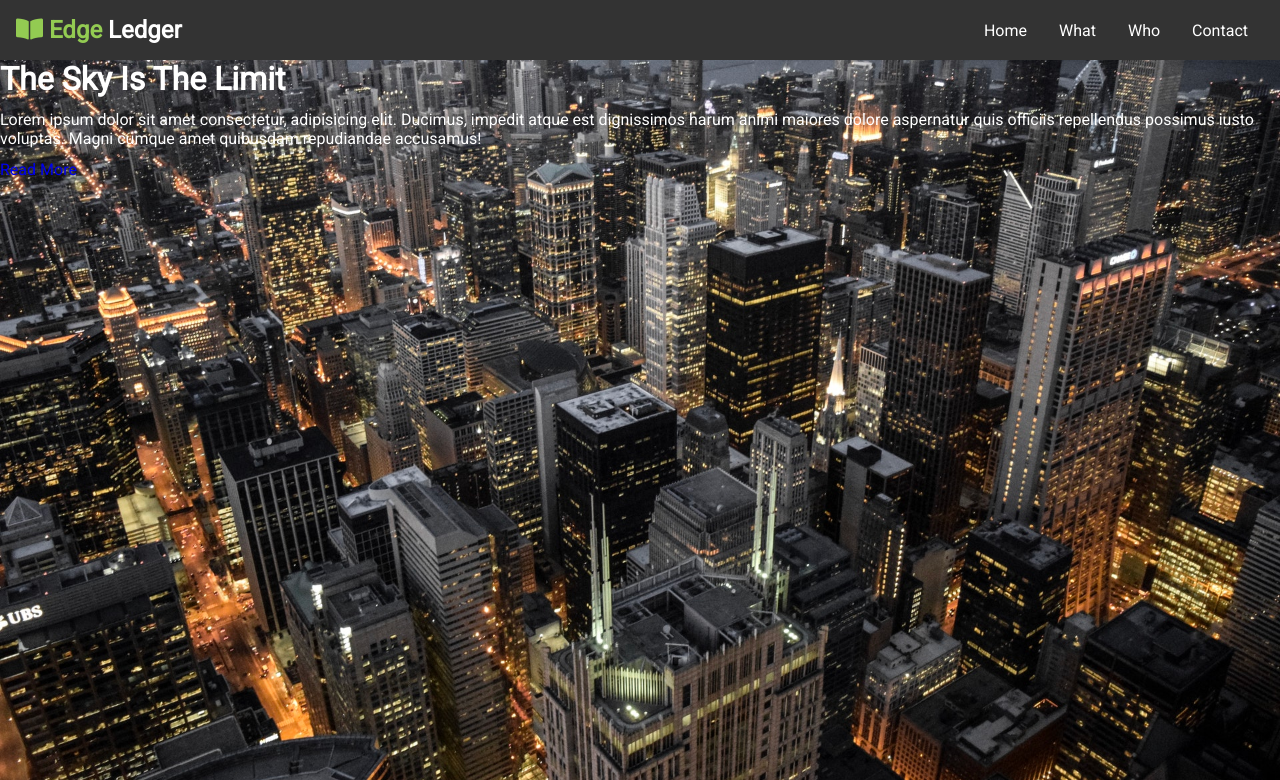
Repository: minhtien9/EdgeLedger-Financial-Web
Page: index.html
An editor plug-in stored every save of this project. The page is shown before and after the next save, followed by the edit.
The browser window is 1280 px wide. The pictures show the whole page.

Above is the page before, as saved 2021-08-16 21:54:05.

### index.html
<!DOCTYPE html>
<html lang="en">

<head>
    <meta charset="UTF-8" />
    <meta http-equiv="X-UA-Compatible" content="IE=edge" />
    <meta name="viewport" content="width=device-width, initial-scale=1.0" />
    <link rel="stylesheet" href="https://cdnjs.cloudflare.com/ajax/libs/font-awesome/5.15.4/css/all.min.css" integrity="sha512-1ycn6IcaQQ40/MKBW2W4Rhis/DbILU74C1vSrLJxCq57o941Ym01SwNsOMqvEBFlcgUa6xLiPY/NS5R+E6ztJQ==" crossorigin="anonymous" referrerpolicy="no-referrer"
    />
    <link rel="stylesheet" media="screen and (max-width:768px)" href="css/mobile.css" />
    <link rel="stylesheet" media="screen  and (min-width:1100)" href="css/widescreen.css" />
    <link rel="stylesheet" href="css/style.css" />
    <title>EdgeLedger Financial | Accounting & Investment</title>
</head>

<body id="home">
    <!-- Navbar -->
    <nav id="navbar">
        <h1 class="logo">
            <span class="text-primary"> <i class="fas fa-book-open"></i> Edge </span
        >Ledger
      </h1>
      <ul>
        <li><a href="#home">Home</a></li>
        <li><a href="#what">What</a></li>
        <li><a href="#who">Who</a></li>
        <li><a href="#contact">Contact</a></li>
      </ul>
    </nav>
    <!-- Header: Showcase -->
    <header id="showcase">
      <div class="showcase-content">
        <h1 class="l-heading">The Sky Is The Limit</h1>
        <p class="lead">
          Lorem ipsum dolor sit amet consectetur, adipisicing elit. Ducimus,
          impedit atque est dignissimos harum animi maiores dolore aspernatur
          quis officiis repellendus possimus iusto voluptas. Magni cumque amet
          quibusdam repudiandae accusamus!
        </p>
        <a href="#what" class="btn">Read More</a>
      </div>
    </header>
  </body>
</html>

### css/style.css
@import url('https://fonts.googleapis.com/css2?family=Roboto&display=swap');
* {
    box-sizing: border-box;
    margin: 0;
    padding: 0;
}

body {
    font-family: 'Roboto', sans-serif;
}

a {
    text-decoration: none;
}

p {
    margin: 0.75rem 0;
}


/* Utility Classes */

.text-primary {
    color: #93cb52;
}


/* Navbar */

#navbar {
    display: flex;
    position: stick;
    top: 0;
    background: #333;
    color: #fff;
    justify-content: space-between;
    z-index: 1;
    padding: 1rem;
}

#navbar ul {
    display: flex;
    align-items: center;
    list-style: none;
}

#navbar ul li a {
    color: #fff;
    padding: 0.75rem;
    margin: 0 0.25rem;
}

#navbar ul li a:hover {
    background: #93cb52;
    border-radius: 5px;
}


/* Showcase */

#showcase {
    background: #333 url('../img/showcase.jpg') no-repeat center center/cover;
    height: 100vh;
    color: #fff;
}

#showcase .showcase-content {
    display: flex;
    flex-direction: column;
}

Loaded but not shown: css/mobile.css (no stored copy; drawn as an empty file); css/widescreen.css (no stored copy; drawn as an empty file)

After the next save:
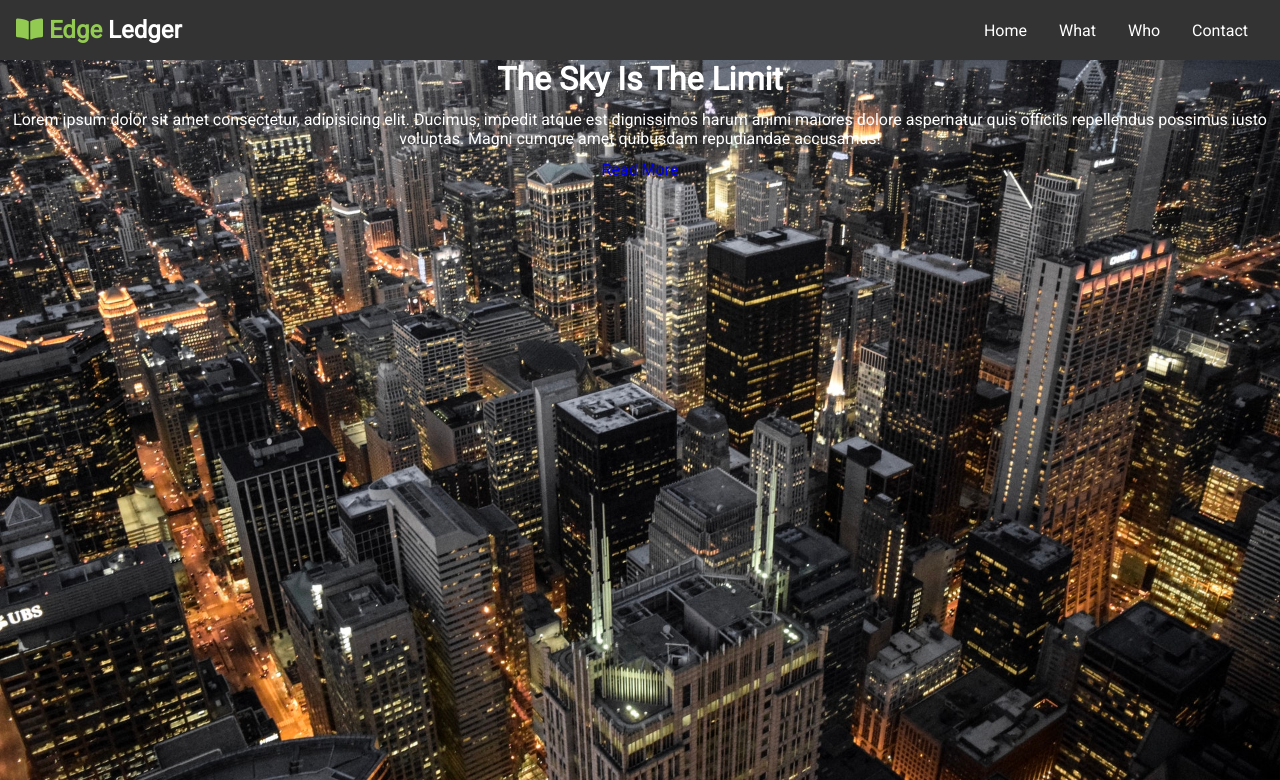
Saved 27 s later.
--- a/css/style.css
+++ b/css/style.css
@@ -67,4 +67,6 @@
 #showcase .showcase-content {
     display: flex;
     flex-direction: column;
+    text-align: center;
+    justify-content: center;
 }
